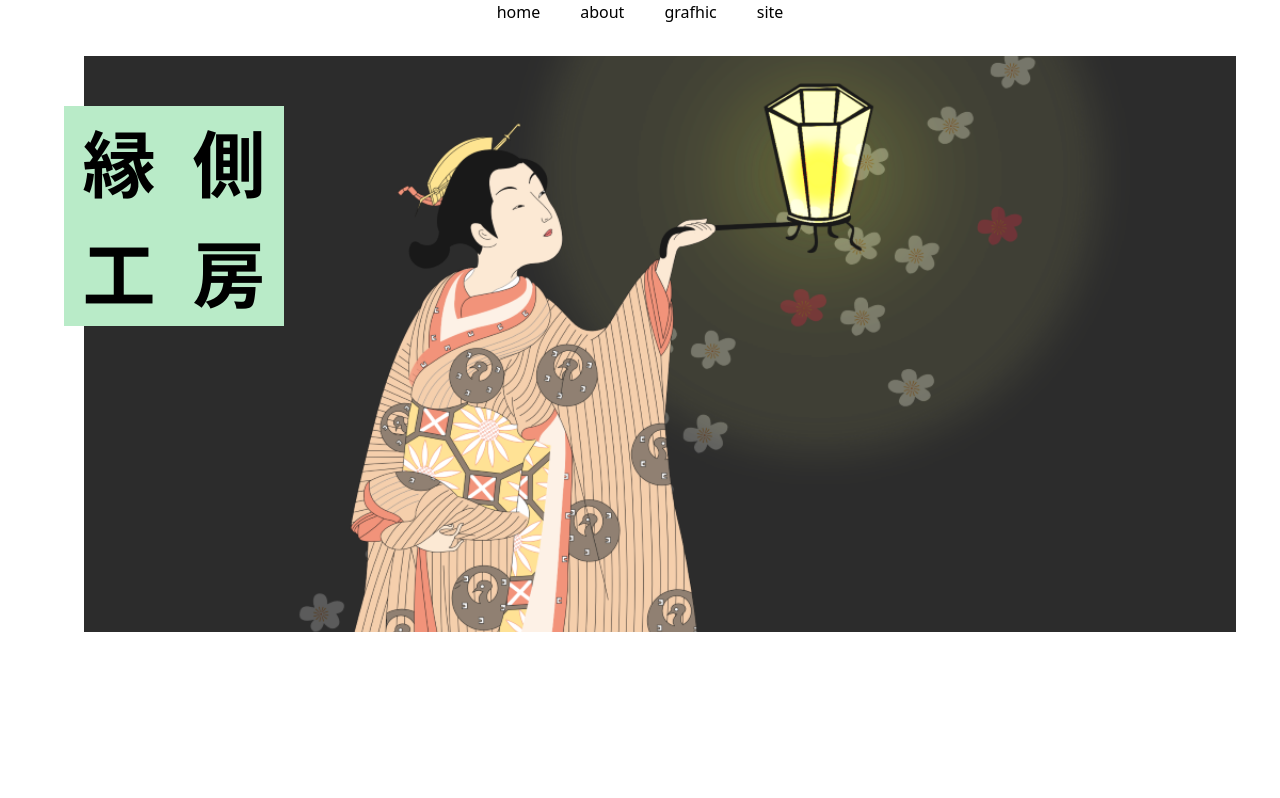
Repository: satoshi-create/next-express
Page: / (app in frontend/)
The author's editor kept a copy of each file at every save. The page is drawn from the files as they stood at one save, then again after a run of saves.
The browser window is 1280 px wide. The pictures show the whole page.
The project was rebuilt for these pictures with package versions that can differ from the ones it lists, and the page was loaded fresh each time. The framework's server and built-in components were replaced by stand-ins that run in the browser. Also part of the build but not shown: frontend/next.config.js, frontend/next.config.mjs.

Above is the page before, as saved 2024-02-16 11:45:10.

### frontend/app/layout.tsx
import type { Metadata } from "next";
// import { Inter, Montserrat } from "next/font/google";
import "@/app/globals.css";
import Header from "@/app/ui/header";
import Footer from "@/app/ui/footer";

// const inter = Inter({ subsets: ["latin"] });

// const montserrat = Montserrat({ subsets: ["latin"] });

export const metadata: Metadata = {
  title: "Create Next App",
  description: "Generated by create next app",
};

export default function RootLayout({
  children,
}: Readonly<{
  children: React.ReactNode;
}>) {
  return (
    <html lang="ja">
      <body>
        <Header />
        {children}
        {/* <Footer /> */}
      </body>
    </html>
  );
}

### frontend/app/page.tsx
"use client";
import React, { useState, useEffect } from "react";
import Hero from "@/app/ui/hero";
import About from "@/app/ui/about";
import Cardwrpper from "@/app/ui/cardwrpper";
import axios from "axios";

interface User {
  id: number;
  name: string;
  email: string;
}

export default function Page() {
  // const apiUrl = process.env.NEXT_PUBLIC_API_URL || "http://localhost:4000";
  // const [users, setUsers] = useState<User[]>([]);
  // const [loading, setIsLoading] = useState(false);

  // console.log(loading);

  //fetch users
  // useEffect(() => {
  //   const fetchData = async () => {
  //     try {
  //       const response = await axios.get(`${apiUrl}/users`);
  //       setUsers(response.data.reverse());
  //     } catch (error) {
  //       console.error("Error fetching data:", error);
  //     }
  //   };

  //   fetchData();
  //   setIsLoading(true);
  // }, []);

  return (
    <main>
      {/* <p>test docker</p> */}
      <Hero />
      {/* <About /> */}
      {/* {loading ? (
        users.map((user, index) => {
          return <p key={index}>{user.name}</p>;
        })
      ) : (
        <div>loading...</div>
      )} */}
      {/* <Cardwrpper /> */}
    </main>
  );
}

### frontend/app/globals.css
@tailwind base;
@tailwind components;
@tailwind utilities;

:root {
  --transition: all 0.3s linear;
  --transition-slow: all 0.5s linear;
  --overlay: rgba(0, 0, 0, 0.72);
  --white: #fff;
  --black: #141414;
  --grey-02: #9f9f9f;
  --grey-01: #d8d8d8;
  --accent-clr-01: #ff9692;
  --accent-clr-02: #fff1f0;
  --accent-clr-03: #fd3a33;
  --primary-green-01: #7fbe92;
  --primary-green-02: #b9ebc8;
  --primary-green-03: #e5ffed;
  --primary-green-04: #f1fff5;
  --primary-green-05: #fff6f2;
  --primary-blue-01: #9ad7e3;
  --primary-blue-02: #e3f7fb;
}

body {
}

.parts-grid {
  display: grid;
  grid-template-columns: 1fr min(calc(100vw - (5vw * 2)), 1200px) 1fr;
}

.parts-grid > * {
  grid-column: 2;
}

header {
  font-family: var(--font-montserrat);
}

.hero-grid {
  display: grid;
  grid-template-areas: "A B C" "D E F" "G H J" "K L M";
  grid-template-rows: 50px repeat(3, 1fr);
  grid-template-columns: 30px repeat(2, 1fr);
}
.hero-logo {
  grid-area: D;
}

### frontend/app/ui/header.tsx
import Link from "next/link";
export default function Header() {
  return (
    <ul className="flex gap-10 text-center justify-center">
      <li>
        <Link href="/">home</Link>
      </li>
      <li>
        <Link href="about">about</Link>
      </li>
      <li>
        <Link href="grafhic">grafhic</Link>
      </li>
      <li>
        <Link href="site">site</Link>
      </li>
    </ul>
  );
}

### frontend/app/ui/hero.tsx
import Link from "next/link";
import Image from "next/image";
import { Noto_Sans_JP } from "next/font/google";

const notosansjp = Noto_Sans_JP({ subsets: ["latin"] });

export default function Hero() {
  return (
    <section className={`parts-grid py-8`}>
      <div className="hero-grid">
        <figure
          style={{ position: "relative", width: "100%", height: "80vh" }}
          className="row-span-full col-span-full ml-5 opacity-90"
        >
          <Image
            src="/yorunoume.png"
            layout="fill"
            objectFit="cover"
            alt="hero image"
          />
        </figure>
        <div
          className={`grid hero-logo grid-cols-2 place-items-center z-10  bg-primary-green-02 w-herologo h-herologo ${notosansjp.className} text-herologo font-bold relative`}
        >
          <h1>縁</h1>
          <h1>側</h1>
          <h1>工</h1>
          <h1>房</h1>
          <div className="absolute bottom--6">
            <div className="w-herobar h-herobar bg-primary-green-02 "></div>
            <div className="w-herobar h-herobar bg-primary-green-02"></div>
          </div>
        </div>
      </div>
    </section>
  );
}

### frontend/tailwind.config.ts
import type { Config } from "tailwindcss";

const config: Config = {
  content: [
    "./pages/**/*.{js,ts,jsx,tsx,mdx}",
    "./components/**/*.{js,ts,jsx,tsx,mdx}",
    "./app/**/*.{js,ts,jsx,tsx,mdx}",
  ],
  theme: {
    extend: {
      fontSize: {
        headertitle: "clamp(1.25rem,.8889rem + 1.5408vw,1.875rem)",
        navtext: "clamp(1rem,.25rem + 1.5625vw,1.25rem)",
        herologo: "clamp(3.4375rem,2.7875rem + 2.7735vw,4.5625rem)",
      },
      width: {
        herologo: "clamp(10.3125rem,8.3263rem + 8.4746vw,13.75rem)",
        herobar: "clamp(4.875rem,3.9361rem + 4.0062vw,6.5rem)",
      },
      height: {
        herologo: "clamp(10.3125rem,8.3263rem + 8.4746vw,13.75rem)",
        herobar: "clamp(.625rem,.4444rem + .7704vw,.9375rem)",
      },
      colors: {
        "accent-clr-01": "var(--accent-clr-01)",
        "accent-clr-02": "var(--accent-clr-02)",
        "accent-clr-03": "var(--accent-clr-03)",
        "primary-green-01": "var(--primary-green-01)",
        "primary-green-02": "var(--primary-green-02)",
        "primary-green-03": "var(--primary-green-04)",
        "primary-green-04": "var(--primary-green-04)",
        "primary-green-05": "var(--primary-green-05)",
        "primary-blue-01": "var(----primary-blue-01)",
        "primary-blue-02": "var(----primary-blue-02)",
      },
    },
  },
  plugins: [],
};
export default config;

After the next 4 saves:
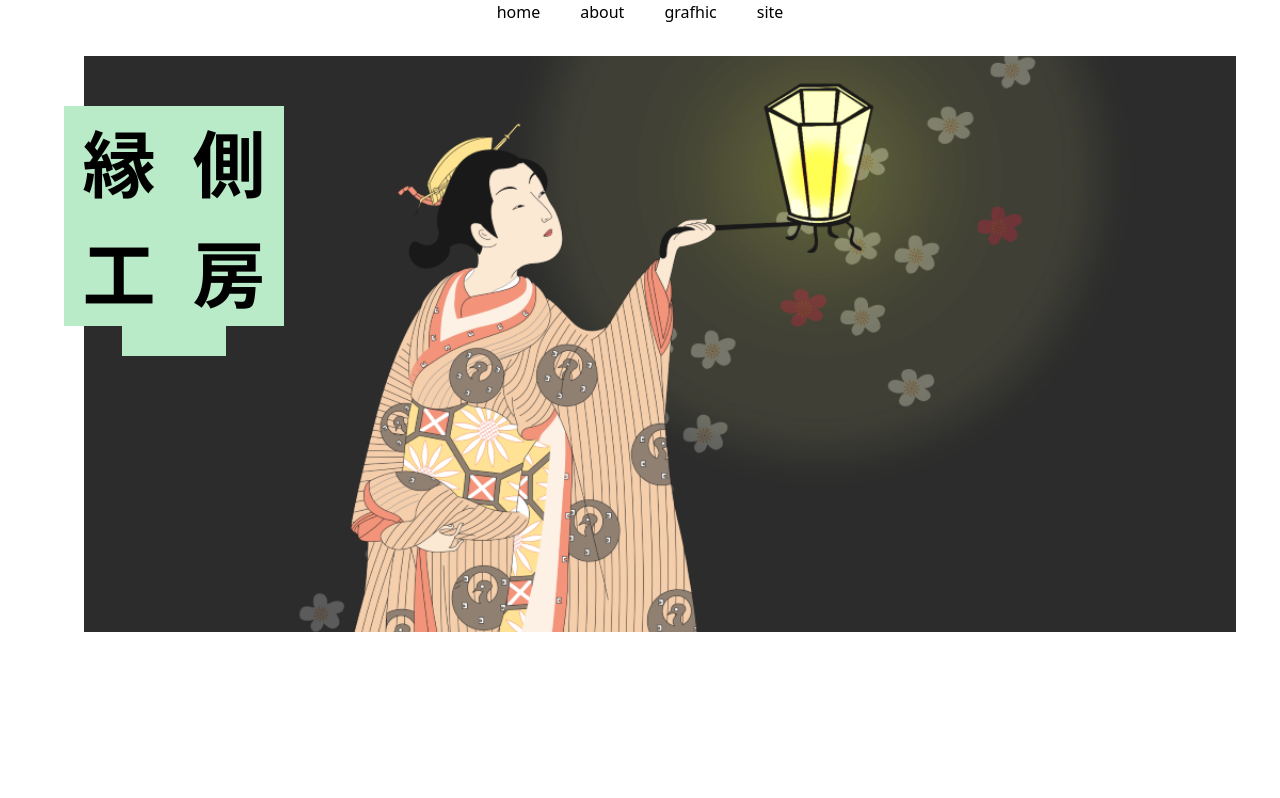
The 4 saves are shown as one change because they came seconds apart.
The last was saved 46 s later.
--- a/frontend/app/ui/hero.tsx
+++ b/frontend/app/ui/hero.tsx
@@ -26,7 +26,7 @@
           <h1>側</h1>
           <h1>工</h1>
           <h1>房</h1>
-          <div className="absolute bottom--6">
+          <div className="absolute bottom-[-30px]">
             <div className="w-herobar h-herobar bg-primary-green-02 "></div>
             <div className="w-herobar h-herobar bg-primary-green-02"></div>
           </div>
